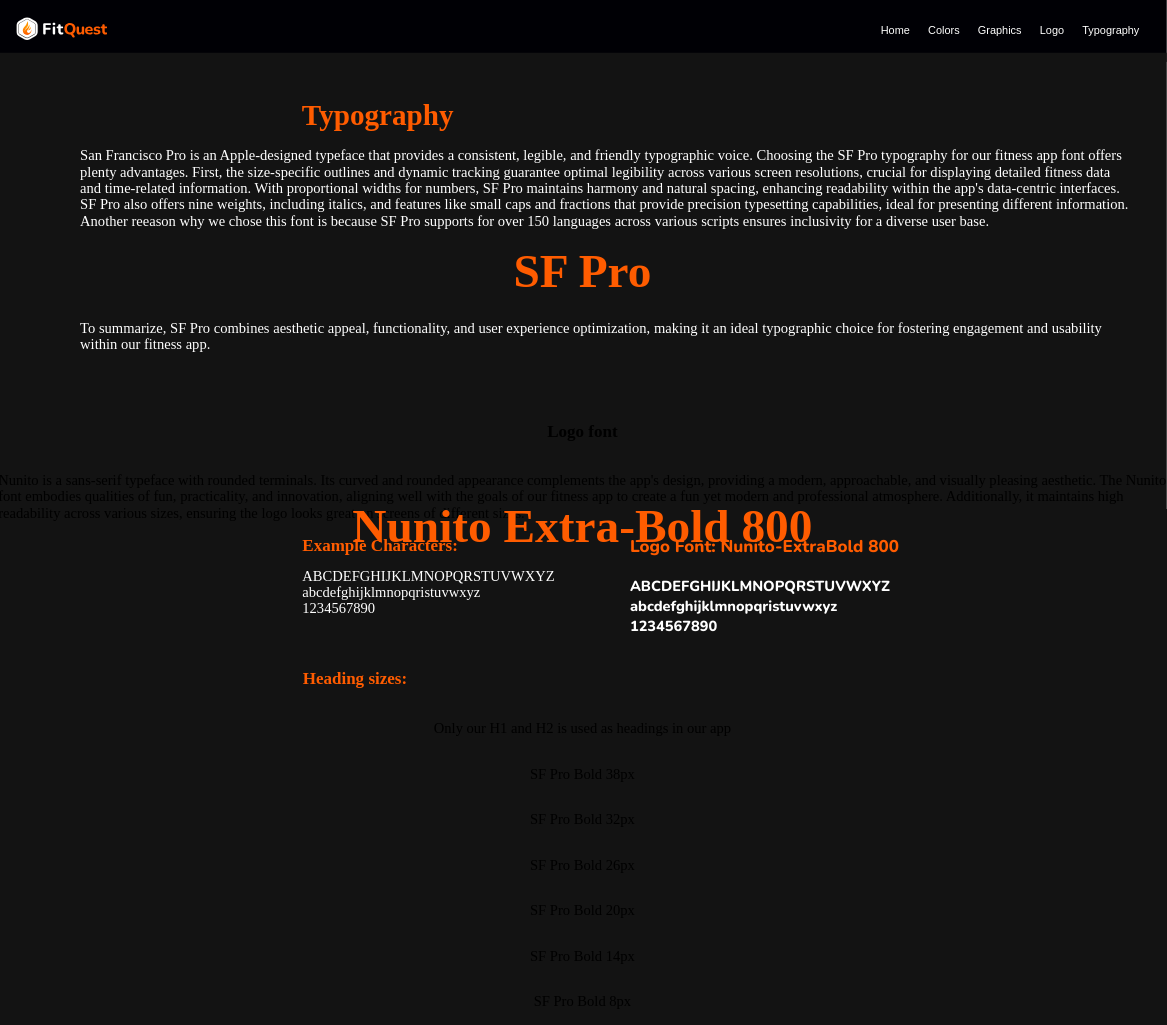
Repository: KyannaKrueger/a5styleguide
Page: /typography
These files come from the project's save history. The page is drawn as it stood at one moment and after the next save; the edit follows.
The browser window is 1280 px wide. The page is 1282 px wide, so the pictures cover 1282 px, including what lies to the right of the window. The pictures show the whole page, at 91% of full size.
The project was rebuilt for these pictures with package versions that can differ from the ones it lists, and the page was loaded fresh each time. The framework's server and built-in components were replaced by stand-ins that run in the browser. Also part of the build but not shown: next.config.mjs.

Above is the page before, as saved 2024-04-07 17:01:50.

After the next save:
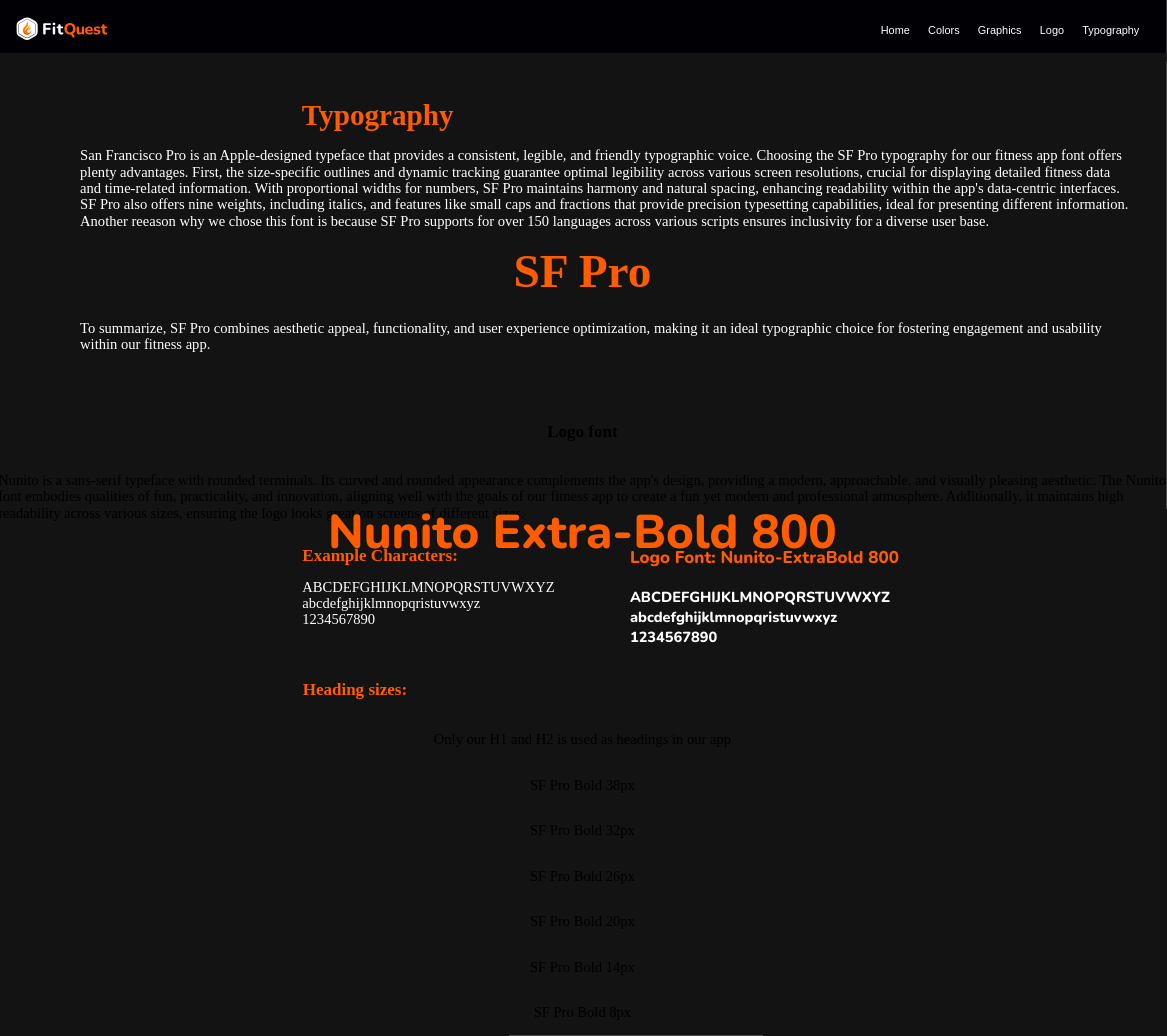
Saved 32 s later.
--- a/styles/typography.module.css
+++ b/styles/typography.module.css
@@ -49,6 +49,8 @@
     font-size: 52px;
     margin-top: -40px;
     margin-bottom: 0px;
+    font-family: Nunito;
+    font-weight: 800;
   }
 
   .characterH {
